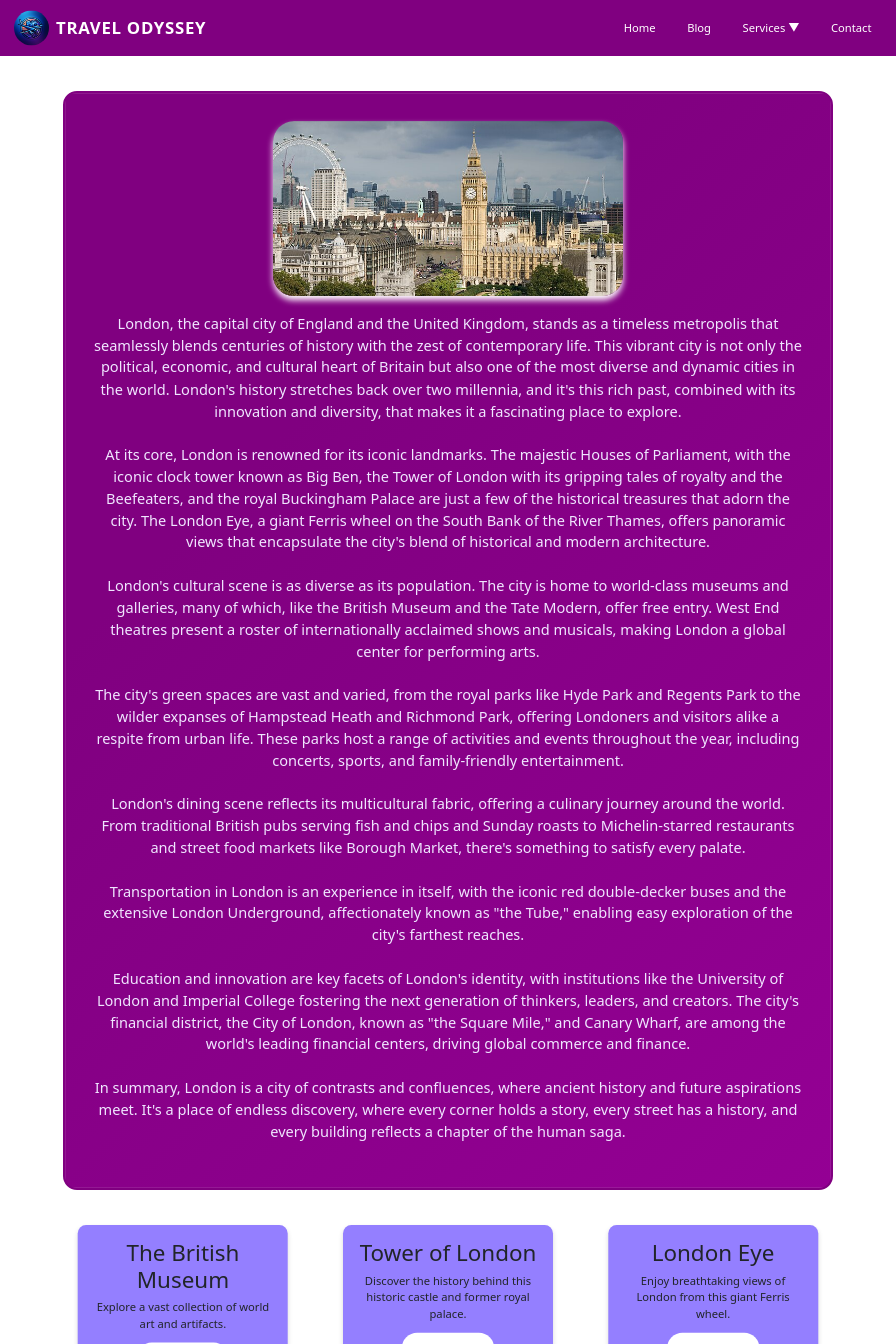
Repository: GHzPhoenix/Project-Odyssey
Page: Frontend/London.html
These files come from the project's save history. The page is drawn as it stood at one moment and after the next save; the edit follows.
The browser window is 1280 px wide. The pictures show the part of the page from y = 0 to 1920 px (the page is 3063 px tall), at 70% of full size.
Some web libraries are served in a nearby version.

Above is the page before, as saved 2025-06-08 16:38:16.

### Frontend/London.html
<!DOCTYPE html>
<html lang="en">
<head>
        <meta charset="UTF-8">
        <meta name="viewport" content="width=device-width, initial-scale=1.0">
        <title>London Activities and Bookings</title>
        <link rel="stylesheet" href="/Frontend/css/style.css" />
        <link rel="preconnect" href="https://fonts.googleapis.com">
<link rel="preconnect" href="https://fonts.gstatic.com" crossorigin>
<link href="https://fonts.googleapis.com/css2?family=Merriweather:ital,wght@0,300;0,400;0,700;0,900;1,300;1,400;1,700;1,900&display=swap" rel="stylesheet">
<link href="https://cdn.jsdelivr.net/npm/bootstrap@5.3.3/dist/css/bootstrap.min.css" rel="stylesheet" integrity="sha384-QWTKZyjpPEjISv5WaRU9OFeRpok6YctnYmDr5pNlyT2bRjXh0JMhjY6hW+ALEwIH" crossorigin="anonymous">
<script src="https://cdn.jsdelivr.net/npm/bootstrap@5.3.3/dist/js/bootstrap.bundle.min.js" integrity="sha384-YvpcrYf0tY3lHB60NNkmXc5s9fDVZLESaAA55NDzOxhy9GkcIdslK1eN7N6jIeHz" crossorigin="anonymous"></script>
</head>

<body>
  <nav>
    <div class="logo">
        <img src="./assets/your-logo.png" alt="Logo">
        Travel Odyssey
    </div>

    <div class="menu-toggle" onclick="toggleMenu()">
        <div></div>
        <div></div>
        <div></div>
    </div>

    <ul>
        <li><a href="index.html">Home</a></li>
        <li><a href="city.html">Blog</a></li>
        <li>
            <a href="#">Services ▼</a>
            <div class="dropdown">
                <a href="membership.html">Memberships</a>
                <a href="dream.html">Plan your Trip</a>
                <a href="client-area.html">Client Area</a>
            </div>
        </li>
        <li><a href="contact.html">Contact</a></li>
    </ul>
</nav>
    </header>

        <div class="big-box">
            <img src="/Frontend/assets/London.jpg" alt="London">
            <br>
            <p>London, the capital city of England and the United Kingdom, stands as a timeless metropolis that seamlessly blends centuries of history with the zest of contemporary life. This vibrant city is not only the political, economic, and cultural heart of Britain but also one of the most diverse and dynamic cities in the world. London's history stretches back over two millennia, and it's this rich past, combined with its innovation and diversity, that makes it a fascinating place to explore.
                <br><br>
                At its core, London is renowned for its iconic landmarks. The majestic Houses of Parliament, with the iconic clock tower known as Big Ben, the Tower of London with its gripping tales of royalty and the Beefeaters, and the royal Buckingham Palace are just a few of the historical treasures that adorn the city. The London Eye, a giant Ferris wheel on the South Bank of the River Thames, offers panoramic views that encapsulate the city's blend of historical and modern architecture.
                <br><br>
                London's cultural scene is as diverse as its population. The city is home to world-class museums and galleries, many of which, like the British Museum and the Tate Modern, offer free entry. West End theatres present a roster of internationally acclaimed shows and musicals, making London a global center for performing arts.
                <br><br>
                The city's green spaces are vast and varied, from the royal parks like Hyde Park and Regents Park to the wilder expanses of Hampstead Heath and Richmond Park, offering Londoners and visitors alike a respite from urban life. These parks host a range of activities and events throughout the year, including concerts, sports, and family-friendly entertainment.
                <br><br>
                London's dining scene reflects its multicultural fabric, offering a culinary journey around the world. From traditional British pubs serving fish and chips and Sunday roasts to Michelin-starred restaurants and street food markets like Borough Market, there's something to satisfy every palate.
                <br><br>
                Transportation in London is an experience in itself, with the iconic red double-decker buses and the extensive London Underground, affectionately known as "the Tube," enabling easy exploration of the city's farthest reaches.
                <br><br>
                Education and innovation are key facets of London's identity, with institutions like the University of London and Imperial College fostering the next generation of thinkers, leaders, and creators. The city's financial district, the City of London, known as "the Square Mile," and Canary Wharf, are among the world's leading financial centers, driving global commerce and finance.
                <br><br>
                In summary, London is a city of contrasts and confluences, where ancient history and future aspirations meet. It's a place of endless discovery, where every corner holds a story, every street has a history, and every building reflects a chapter of the human saga.</p>

            </div>
                <div class="container">

                <div class="small-box">
                    <h2>The British Museum</h2>
                    <p>Explore a vast collection of world art and artifacts.</p>
                    <a href="https://www.britishmuseum.org/" target="_blank">Learn more</a>
                </div>


                <div class="small-box">
                    <h2>Tower of London</h2>
                    <p>Discover the history behind this historic castle and former royal palace.</p>
                    <a href="https://www.hrp.org.uk/tower-of-london/" target="_blank">Learn more</a>
                </div>


                <div class="small-box">
                    <h2>London Eye</h2>
                    <p>Enjoy breathtaking views of London from this giant Ferris wheel.</p>
                    <a href="https://www.londoneye.com/" target="_blank">Learn more</a>
                </div>
                </div>
<hr>
                <div class="booking">
                    <h2>Hotel Booking</h2>
                    <p>Find and book a hotel for your stay in London.</p>
                    <a href="https://www.booking.com/city/gb/london.html" target="_blank"><button>Book now</a></button>
                </div>


                <div class="booking">
                    <h2>Restaurant Reservations</h2>
                    <p>Reserve a table at top London restaurants.</p>
                    <a href="https://www.opentable.co.uk/london-restaurants" target="_blank"><button>Reserve now</a></button>
                </div>
                <footer class="footer">
                    <div class="footer-container">
                        <!-- Company Info -->
                        <div class="footer-section">
                            <h3>Travel Odyssey</h3>
                            <p>Your gateway to unforgettable journeys. Discover, explore, and experience the world with us.</p>
                        </div>

                        <!-- Quick Links -->
                        <div class="footer-section">
                            <h3>Company</h3>
                            <ul>
                                <li><a href="aboutus.html">About Us</a></li>
                                <li><a href="careers.html">Careers</a></li>
                                <li><a href="blog.html">Blog</a></li>
                                <li><a href="affiliates.html">Affiliates</a></li>
                            </ul>
                        </div>

                        <!-- Customer Support -->
                        <div class="footer-section">
                            <h3>Support</h3>
                            <ul>
                                <li><a href="contact.html">Contact Us</a></li>
                                <li><a href="faq.html">FAQ</a></li>
                                <li><a href="terms.html">Terms & Conditions</a></li>
                                <li><a href="privacy.html">Privacy Policy</a></li>
                            </ul>
                        </div>

                        <!-- Social Media -->
                        <div class="footer-section">
                            <h3>Follow Us</h3>
                            <div class="social-icons">
                                <a href="#"><i class="fab fa-facebook"></i></a>
                                <a href="#"><i class="fab fa-instagram"></i></a>
                                <a href="#"><i class="fab fa-twitter"></i></a>
                                <a href="#"><i class="fab fa-youtube"></i></a>
                            </div>
                        </div>

                        <!-- Newsletter Subscription -->
                        <div class="footer-section newsletter">
                            <h3>Stay Updated</h3>
                            <p>Subscribe to our newsletter for exclusive travel deals and updates.</p>
                            <form action="#">
                                <input type="email" placeholder="Enter your email" required>
                                <button type="submit">Subscribe</button>
                            </form>
                        </div>
                    </div>

                    <hr>

                    <div class="footer-bottom">
                        <p>© 2025 Travel Odyssey, Inc. All rights reserved.</p>
                    </div>
                </footer>

                <!-- FontAwesome for icons -->
                <script src="https://kit.fontawesome.com/a076d05399.js" crossorigin="anonymous"></script>

    <script>
      function toggleMenu() {
          document.querySelector("nav ul").classList.toggle("active");
      }
  </script>
    </body>
    </html>

Loaded but not shown: Frontend/css/style.css (994 lines, source omitted)

After the next save:
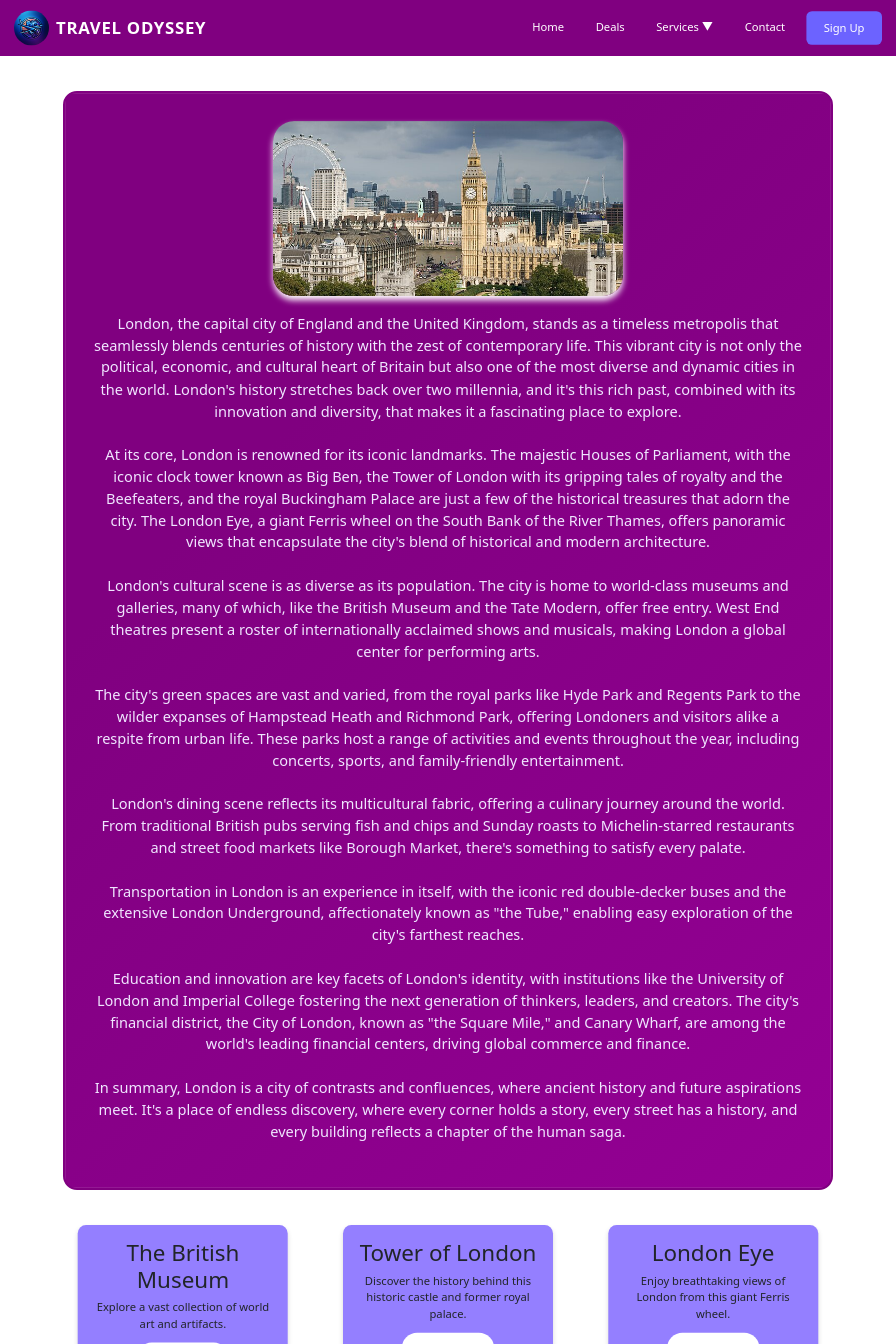
Saved 12 s later.
--- a/Frontend/London.html
+++ b/Frontend/London.html
@@ -13,32 +13,31 @@
 </head>
 
 <body>
-  <nav>
-    <div class="logo">
-        <img src="./assets/your-logo.png" alt="Logo">
-        Travel Odyssey
-    </div>
-
-    <div class="menu-toggle" onclick="toggleMenu()">
-        <div></div>
-        <div></div>
-        <div></div>
-    </div>
-
-    <ul>
-        <li><a href="index.html">Home</a></li>
-        <li><a href="city.html">Blog</a></li>
-        <li>
+      <nav>
+        <div class="logo">
+          <img src="/Frontend/assets/your-logo.png" alt="Logo" />
+          Travel Odyssey
+        </div>
+        <div class="menu-toggle" onclick="toggleMenu()">
+          <div></div>
+          <div></div>
+          <div></div>
+        </div>
+        <ul class="nav-menu">
+          <li><a href="index.html">Home</a></li>
+          <li><a href="deals.html">Deals</a></li>
+          <li class="dropdown-parent">
             <a href="#">Services ▼</a>
             <div class="dropdown">
-                <a href="membership.html">Memberships</a>
-                <a href="dream.html">Plan your Trip</a>
-                <a href="client-area.html">Client Area</a>
+              <a href="membership.html">Memberships</a>
+              <a href="dream.html">Plan your Trip</a>
+              <a href="client-area.html">Client Area</a>
             </div>
-        </li>
-        <li><a href="contact.html">Contact</a></li>
-    </ul>
-</nav>
+          </li>
+          <li><a href="contact.html">Contact</a></li>
+          <li><a href="signup.html" class="signup-btn">Sign Up</a></li>
+        </ul>
+      </nav>
     </header>
 
         <div class="big-box">
